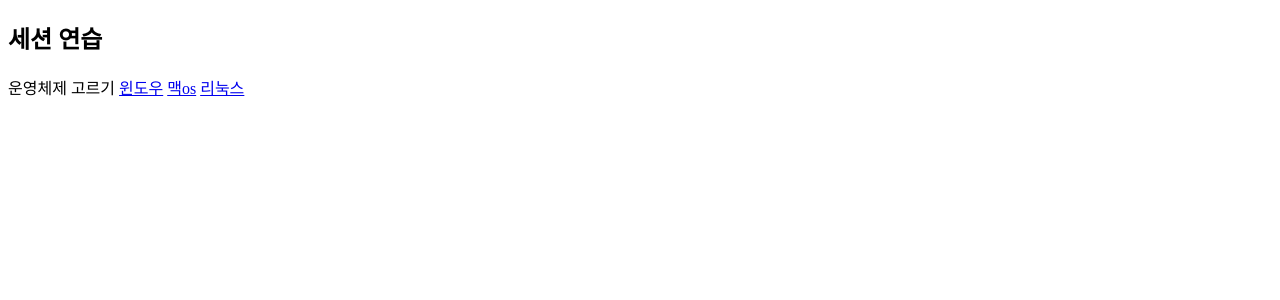
Repository: CUCU7103/Python-project
Page: django3session/sessionapp/templates/selectos.html
These files come from the project's save history. The page is drawn as it stood at one moment and after the next save; the edit follows.
The browser window is 1280 px wide. The pictures show the whole page.

Above is the page before, as saved 2023-04-19 03:55:05.

### django3session/sessionapp/templates/selectos.html
<!DOCTYPE html>
<html>
<head>
<meta charset="UTF-8">
<title>Insert title here</title>
</head>
<body>
<h2>세션 연습</h2>
운영체제 고르기 </hr>
<a href="setos?favorite_os=window">윈도우</a>
<a href="setos?favorite_os=macos">맥os</a>
<a href="setos?favorite_os=ubuntu">리눅스</a>
</body>
</html>

After the next save:
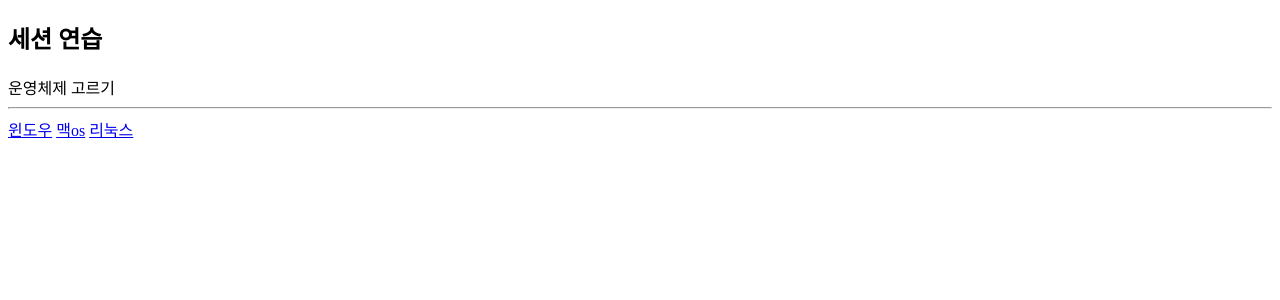
Saved 82 s later.
--- a/django3session/sessionapp/templates/selectos.html
+++ b/django3session/sessionapp/templates/selectos.html
@@ -6,7 +6,7 @@
 </head>
 <body>
 <h2>세션 연습</h2>
-운영체제 고르기 </hr>
+운영체제 고르기 <hr>
 <a href="setos?favorite_os=window">윈도우</a>
 <a href="setos?favorite_os=macos">맥os</a>
 <a href="setos?favorite_os=ubuntu">리눅스</a>
